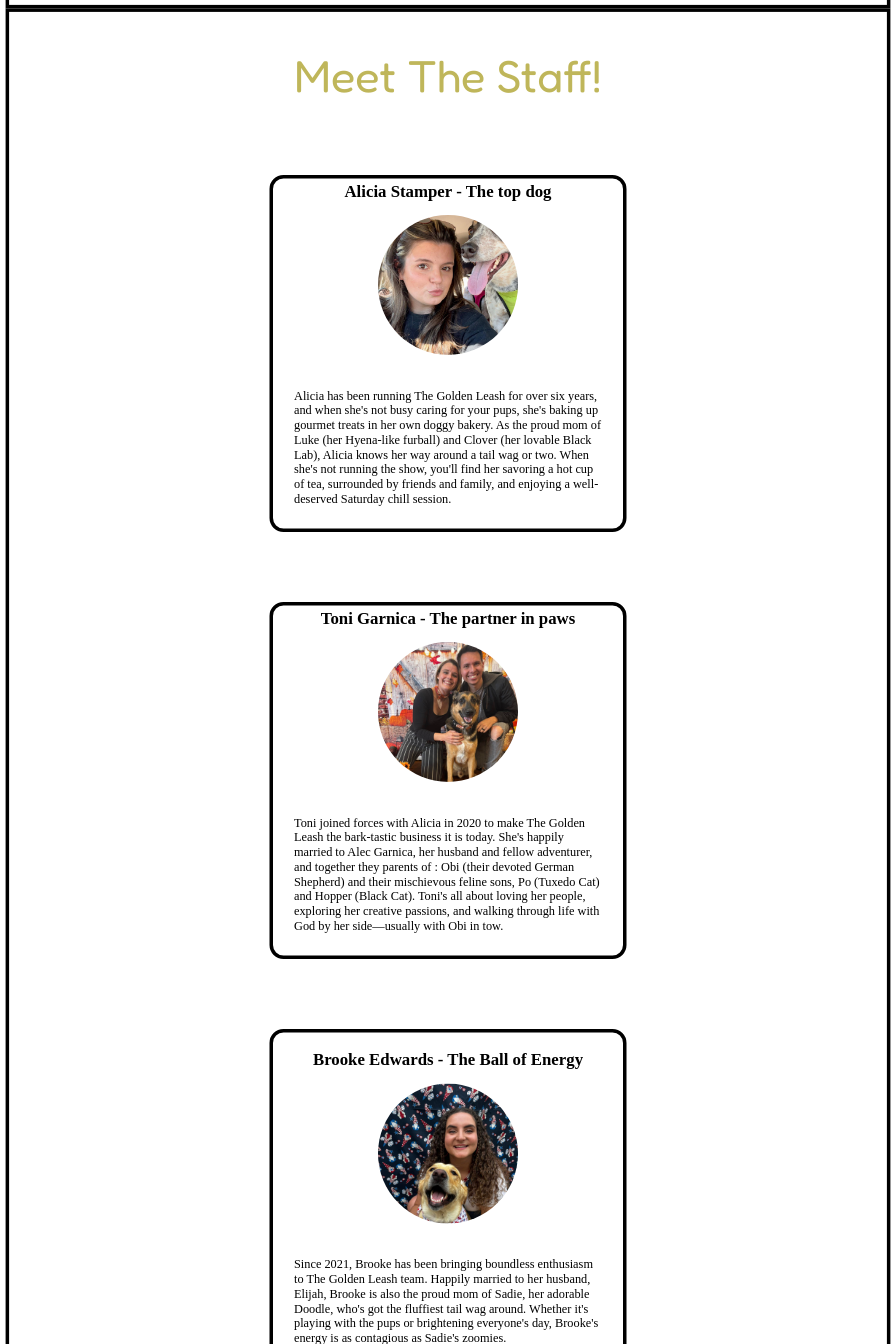
Repository: Aworminator/Thegoldenleash
Page: index.html
These files come from the project's save history. The page is drawn as it stood at one moment and after the next save; the edit follows.
The browser window is 1280 px wide. The pictures show the part of the page from y = 1830 to 3750 px (the page is 5093 px tall before and 3873 px after), at 70% of full size.

Above is the page before, as saved 2025-06-26 16:04:07.

### index.html
<!DOCTYPE html>
<html lang="en">
  <head>
    <meta charset="UTF-8" />
    <meta name="viewport" content="width=device-width, initial-scale=1.0" />
    <title>The Golden Leash</title>
    <link
      rel="stylesheet"
      href="https://cdnjs.cloudflare.com/ajax/libs/font-awesome/6.5.0/css/all.min.css"
      integrity="sha512-..."
      crossorigin="anonymous"
      referrerpolicy="no-referrer"
    />
    <link rel="stylesheet" href="style.css" />
    <link rel="preconnect" href="https://fonts.googleapis.com" />
    <link rel="preconnect" href="https://fonts.gstatic.com" crossorigin />
    <link
      href="https://fonts.googleapis.com/css2?family=Fredoka:wght@300..700&display=swap"
      rel="stylesheet"
    />

    <!-- <h1>Welcome to the golden leash</h1> -->
  </head>
  <body>
    <section class="home-page">
      <div class="image-container">
        <div>
          <img src="./Images/GoldenLeashLogo No Nose.png" class="logo" />
        </div>

        <ul class="list">
          <li class="story">Our Story</li>
          <li>Services</li>
          <li>Contact Us</li>
        </ul>
      </div>
    </section>

    <section class="our-story">
      <h1>Our Story</h1>
      <p class="story-info">
        Lorem ipsum odor amet, consectetuer adipiscing elit. Aenean quis
        bibendum condimentum mauris primis integer sollicitudin porttitor.
        Blandit condimentum aptent condimentum orci rhoncus pellentesque euismod
        a. Varius imperdiet fermentum aptent mollis sem eu. Mattis ante pharetra
        quisque nam odio nascetur per. Vitae pellentesque massa facilisi
        maecenas ligula felis. Tristique pulvinar iaculis inceptos lectus elit
        fusce. <br /><br />
        Nisl erat purus sem imperdiet varius erat taciti cursus. Leo ante lectus
        potenti lacus viverra senectus commodo fringilla. Imperdiet est
        parturient ornare imperdiet tempor vulputate. Parturient porttitor
        quisque platea turpis vel porta. Torquent feugiat curabitur posuere
        hendrerit ipsum eros vel erat. Aenean netus proin arcu taciti nec
        efficitur ullamcorper.
      </p>
    </section>

    <section class="services">
      <h1>Services</h1>
      <div class="icon-container">
        <i class="fa-solid fa-house" id="icon"></i>
        <i class="fa-solid fa-dog" id="icon"></i>
        <i class="fa-solid fa-paw" id="icon"></i>
        <i class="fa-solid fa-bath" id="icon"></i>
      </div>
      <h1>Click for Info</h1>
      <p class="service-info">
        At The Golden Leash, we bring personalized care directly to you! Our
        team will stop by to check on your dog and take them for a walk tailored
        to their needs. Each walk typically lasts around 45 minutes, giving your
        pup plenty of exercise and attention. <br /><br />
        Your dog's safety and well-being are our top priorities. That’s why we
        monitor the weather closely, ensuring your furry friend isn’t exposed to
        unsafe conditions. We avoid walks in temperatures below 28°F, and during
        extreme heat, we’ll adjust walk times to protect your dog’s paws from
        hot sidewalks. Because your dog deserves the very best care—rain, shine,
        or snow!
      </p>
    </section>

    <section class="staff">
      <h1>Meet The Staff!</h1>
      <div id="staff-cards"></div>
    </section>
    <script src="script.js"></script>
  </body>
</html>

### style.css
h1 {
  font-family: "Fredoka", serif;
  font-optical-sizing: auto;
  font-weight: 400; /* Replace <weight> with a valid value */
  font-style: normal;
  color: #bfb65a;
  font-variation-settings: "wdth" 100;
  text-align: center;
  font-size: 4em;
}

.image-container {
  display: flex;
  flex-direction: row;
  justify-content: space-around;
}

.home-page {
  border: black solid 5px;
  min-height: 50vh;
}

.services,
.staff,
.our-story {
  border: black solid 5px;
  min-height: 600px;
}

.logo {
  height: 600px;
  width: auto;
}

.list {
  font-size: 3em;
  padding: 50px;
}

li {
  margin-bottom: 80px;
}

.icon-container {
  display: flex;
  justify-content: center;
}

#icon {
  background-color: #bfb65a;
  height: 100px;
  width: 100px;
  border-radius: 50%;
  display: flex;
  justify-content: center;
  align-items: center;
  font-size: 2em;
  margin: 30px;
}

#icon:hover {
  transform: scale(1.1);
  transition: transform 0.2s;
}

#icon:active {
  transform: scale(0.9);
  transition: transform 0.2s;
}

.service-info,
.story-info {
  text-align: center;
  font-size: 1.5rem;
  margin: 100px;
}

.service-info {
  display: none;
  background-color: rgb(182, 182, 182);
  border-radius: 10px;
  padding: 5px;
  animation: slide-fwd-tr 1.3s cubic-bezier(0.25, 0.46, 0.45, 0.94) both;
}

.card {
  height: 500px;
  width: 500px;
  border: 5px solid black;
  border-radius: 20px;
  display: flex;
  flex-direction: column;
  justify-content: center;
  align-items: center;
  margin: 50px;
}

.profile-pic {
  height: 200px;
  border-radius: 50%;
  object-fit: cover;
  object-position: top;
  width: 200px;
}

#staff-cards {
  display: flex;
  flex-direction: column;
  align-items: center;
  justify-content: space-around;
}

.staff-info {
  padding: 30px;
  font-size: 1.1em;
}

@keyframes slide-fwd-tr {
  0% {
    opacity: 0%;
    transform: translateZ(180px) translateY(120px) translateX(-120px);
  }
  100% {
    opacity: 100%;
    transform: translateZ(0px) translateY(0px) translateX(0px);
  }
}

@media (max-width: 900px) {
  .image-container {
    flex-direction: column;
    align-items: center;
  }
}

### script.js
const staffMembers = [
  {
    name: "Alicia Stamper",
    title: "The top dog",
    image: "./Images/Staff Pictures/Alicia TGL Picture.jpg",
    info: "Alicia has been running The Golden Leash for over six years, and when she's not busy caring for your pups, she's baking up gourmet treats in her own doggy bakery. As the proud mom of Luke (her Hyena-like furball) and Clover (her lovable Black Lab), Alicia knows her way around a tail wag or two. When she's not running the show, you'll find her savoring a hot cup of tea, surrounded by friends and family, and enjoying a well-deserved Saturday chill session.",
  },
  {
    name: "Toni Garnica",
    title: "The partner in paws",
    image: "./Images/Staff Pictures/Toni TGL Picture.jpg",
    info: "Toni joined forces with Alicia in 2020 to make The Golden Leash the bark-tastic business it is today. She's happily married to Alec Garnica, her husband and fellow adventurer, and together they parents of : Obi (their devoted German Shepherd) and their mischievous feline sons, Po (Tuxedo Cat) and Hopper (Black Cat). Toni's all about loving her people, exploring her creative passions, and walking through life with God by her side—usually with Obi in tow.",
  },
  {
    name: "Brooke Edwards",
    title: "The Ball of Energy",
    image: "./Images/Staff Pictures/Brooke TGL Picture.jpg",
    info: "Since 2021, Brooke has been bringing boundless enthusiasm to The Golden Leash team. Happily married to her husband, Elijah, Brooke is also the proud mom of Sadie, her adorable Doodle, who's got the fluffiest tail wag around. Whether it's playing with the pups or brightening everyone's day, Brooke's energy is as contagious as Sadie's zoomies.",
  },
  {
    name: "Carolyn Lesko",
    title: "The Wildcard",
    image: "./Images/Staff Pictures/Carolyn TGL Picture.jpg",
    info: "Carolyn is the undisputed wildcard of The Golden Leash crew. Whether she's quoting tik tok meme's, playing a mean game of Gang Beasts on her days off, or keeping things exciting, Carolyn keeps us all on our toes. She's the proud mom of her dog (to be named and praised at a later date). Fun fact: Carolyn is allergic to grass and being on time.",
  },
  {
    name: "Lisa",
    title: "The Backbone of the pack",
    image: "./Images/Staff Pictures/Lisa and rip Van Winkle.png",
    info: "Lisa is the kind of hard worker who makes everything run like clockwork at The Golden Leash. With her unmatched dedication and a can-do attitude, she's the go-to person for getting things done. Whether it's caring for pups, organizing schedules, or simply being awesome, Lisa brings a level of expertise and warmth that every team dreams of having. We're lucky to have her!",
  },
];

const house = document.querySelector(".fa-house");
const serviceInfo = document.querySelector(".service-info");
const service = document.querySelector(".services");
const staffCards = document.querySelector("#staff-cards");

house.addEventListener("click", () => {
  serviceInfo.style.display = "block";
  serviceInfo.scrollIntoView({ behavior: "smooth" });
});

staffMembers.forEach((person) => {
  const newCard = document.createElement("div");
  newCard.classList.add("card");
  newCard.innerHTML = `<h2>${person.name} - ${person.title}</h2>
          <img
            src="${person.image}"
            alt="${person.name} Profile-Pic"
            class="profile-pic"
          />
          <p class="staff-info">
            ${person.info}
          </p>`;
  staffCards.appendChild(newCard);
});

After the next save:
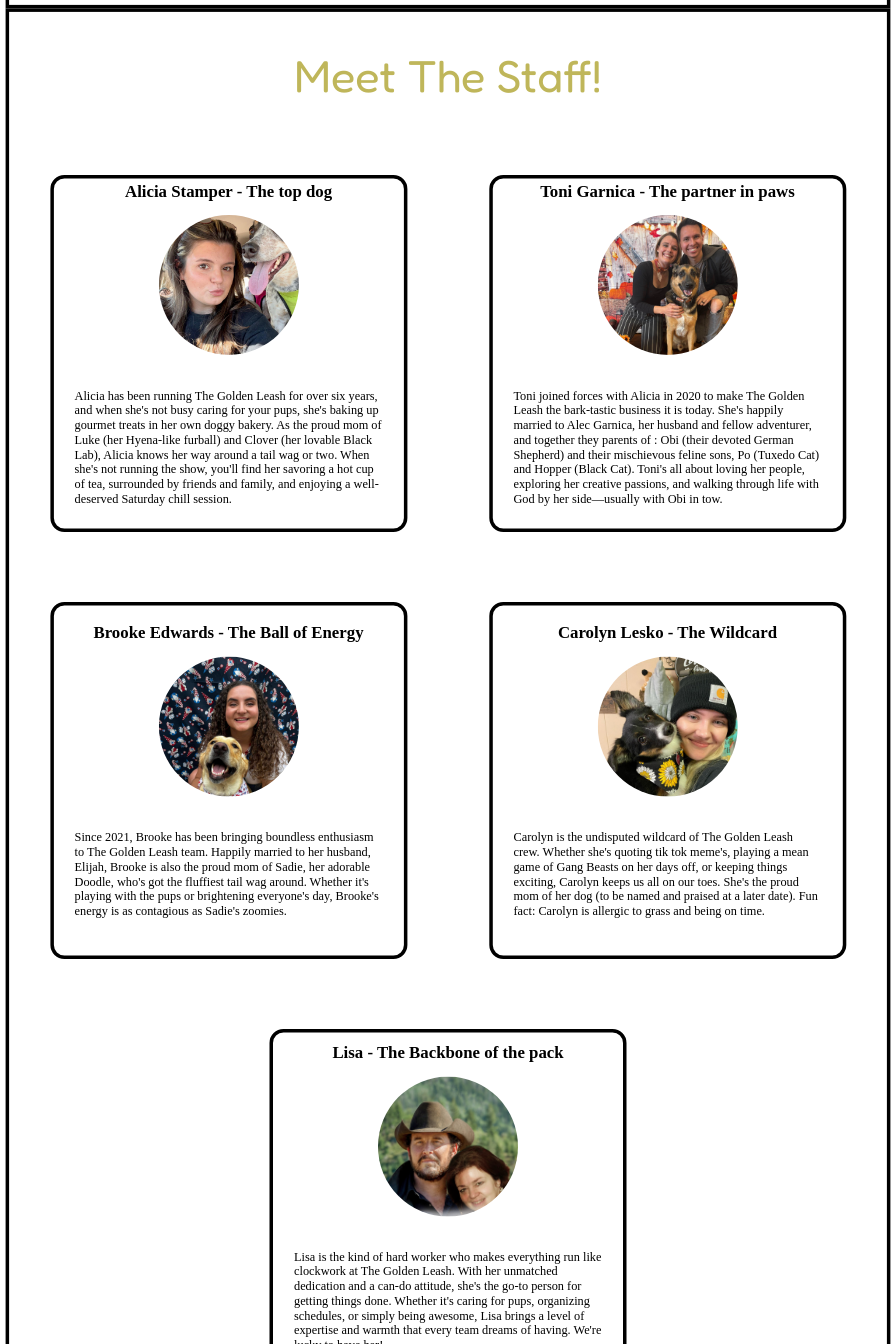
Saved 8 min 55 s later.
--- a/style.css
+++ b/style.css
@@ -105,7 +105,8 @@ li {
 
 #staff-cards {
   display: flex;
-  flex-direction: column;
+  flex-direction: row;
+  flex-wrap: wrap;
   align-items: center;
   justify-content: space-around;
 }
